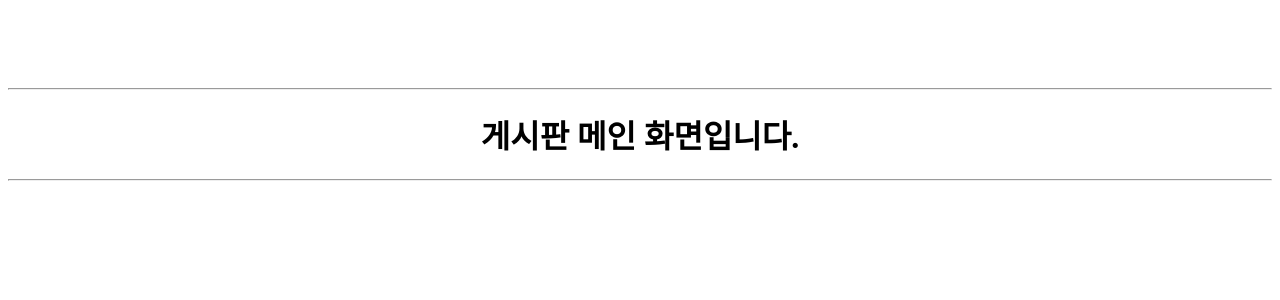
Repository: serim53/JSPStudy
Page: http://localhost/BoardWeb_JSP_/
An editor plug-in stored every save of this project. The page is shown before and after the next save, followed by the edit.
The browser window is 1280 px wide. The pictures show the whole page.
The page is served by Tomcat 10. Other server files are loaded and not shown.

Above is the page before, as saved 2025-07-10 01:34:18.

### BoardWeb(JSP)/src/main/webapp/index.jsp
<%@page contentType="text/html; charset=UTF-8"%>
<!DOCTYPE html PUBLIC "-//W3C//DTD HTML 4.01 Transitional//EN" "http://www.w3.org/TR/html4/loose.dtd">
<html>
<head>
<meta http-equiv="Content-Type" content="text/html; charset=UTF-8">
<title>JSP 예제</title>
</head>
<body>
<center>
<br><br><br><br>
<hr>
<h1>게시판 메인 화면입니다.</h1>
<hr>
</center>
</body>
</html>

After the next save:
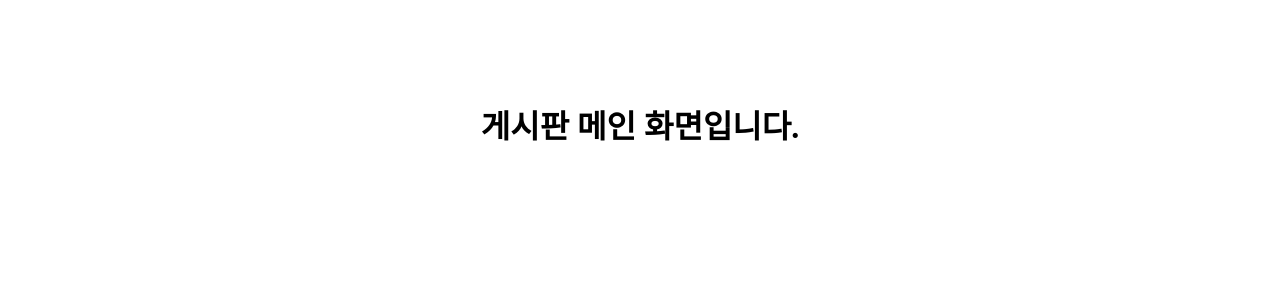
Saved 18 min 50 s later.
--- a/BoardWeb(JSP)/src/main/webapp/index.jsp
+++ b/BoardWeb(JSP)/src/main/webapp/index.jsp
@@ -8,9 +8,7 @@
 <body>
 <center>
 <br><br><br><br>
-<hr>
 <h1>게시판 메인 화면입니다.</h1>
-<hr>
 </center>
 </body>
 </html>
